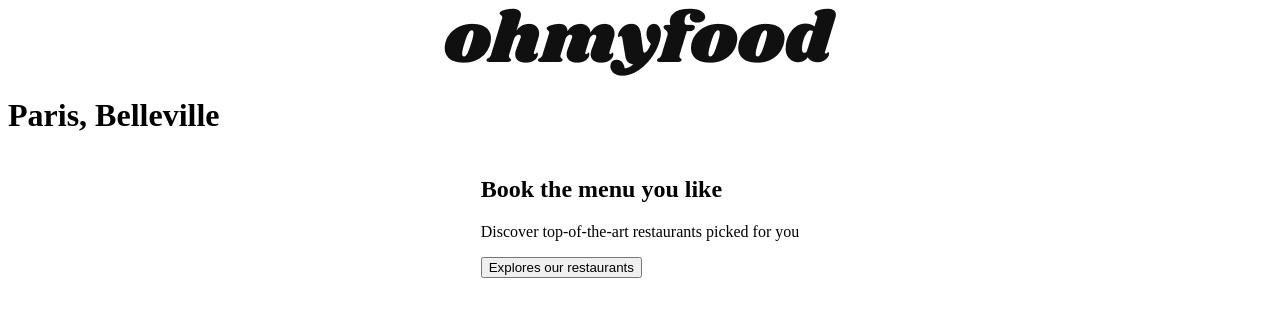
Repository: ailahin/ohmyfood
Page: Index.html
These files come from the project's save history. The page is drawn as it stood at one moment and after the next save; the edit follows.
The browser window is 1280 px wide. The pictures show the whole page.

Above is the page before, as saved 2023-08-10 04:35:02.

After the next save:
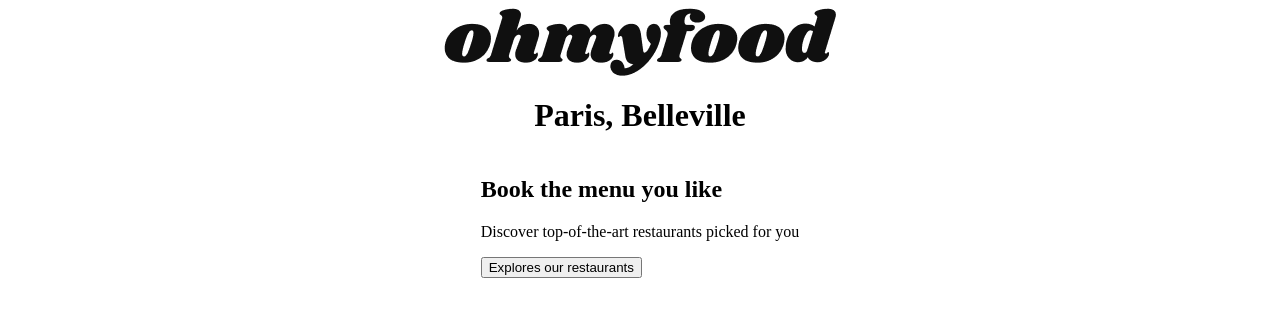
Saved 9 s later.
--- a/index.css
+++ b/index.css
@@ -1,4 +1,4 @@
-.title-header{
+.header-title{
     display: flex;
     align-items: center;
     justify-content:center;
